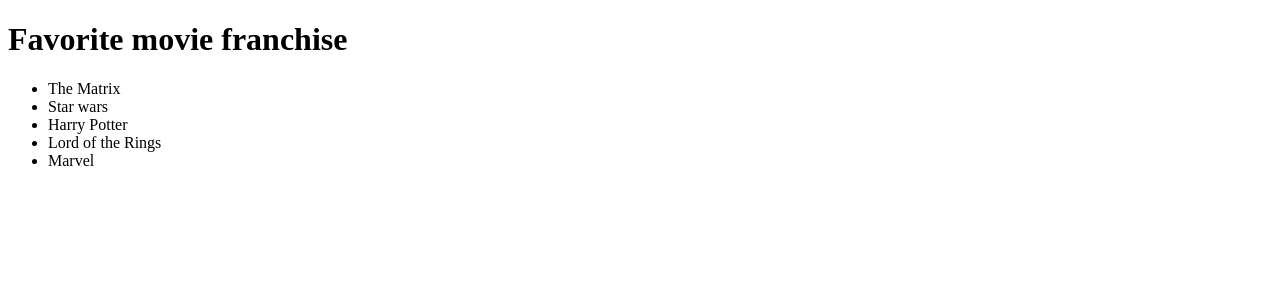
Repository: wakoya-tech/react-project
Page: Desktop/shaakala/jaal/index.html
The author's editor kept a copy of each file at every save. The page is drawn from the files as they stood at one save, then again after the next save.
The browser window is 1280 px wide. The pictures show the whole page.

Above is the page before, as saved 2025-08-25 16:21:10.

### Desktop/shaakala/jaal/index.html
<!DOCTYPE html>
<html lang="en">
<head>
    <meta charset="UTF-8">
    <meta name="viewport" content="width=device-width, initial-scale=1.0">
    <title>Master DOm manipulation part:1</title>
    <style>

    </style>
</head>
<body>
    <div class="container">
        <h1 id="main-heading">Favorite movie franchise</h1>
        <ul>
            <li class="list-items">The Matrix</li>
            <li class="list-items">Star wars</li>
            <li class="list-items">Harry Potter</li>
            <li class="list-items">Lord of the Rings</li>
            <li class="list-items">Marvel</li>
        </ul>
    </div>
    <script src="../jaal/script.js"></script>
</body>
</html>

Loaded but not shown: Desktop/shaakala/jaal/script.js (no stored copy; drawn as an empty file)

After the next save:
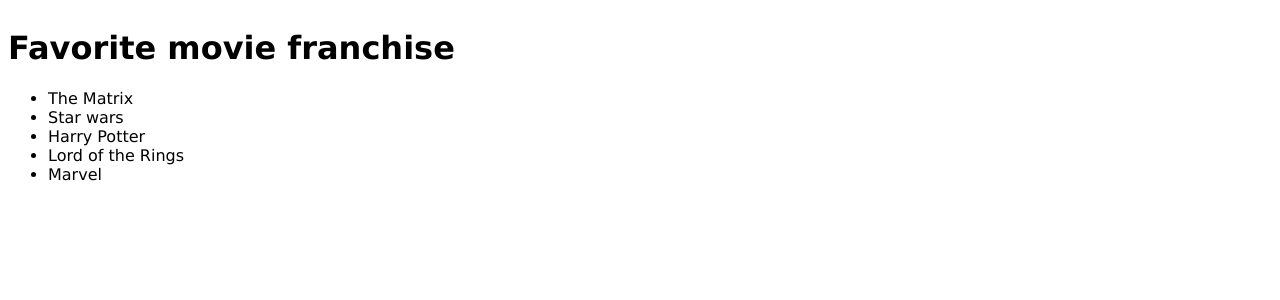
Saved 78 s later.
--- a/Desktop/shaakala/jaal/index.html
+++ b/Desktop/shaakala/jaal/index.html
@@ -5,7 +5,10 @@
     <meta name="viewport" content="width=device-width, initial-scale=1.0">
     <title>Master DOm manipulation part:1</title>
     <style>
-
+body{
+    font-family: Verdana, Geneva, Tahoma, sans-serif;
+    display: flex;
+}
     </style>
 </head>
 <body>
